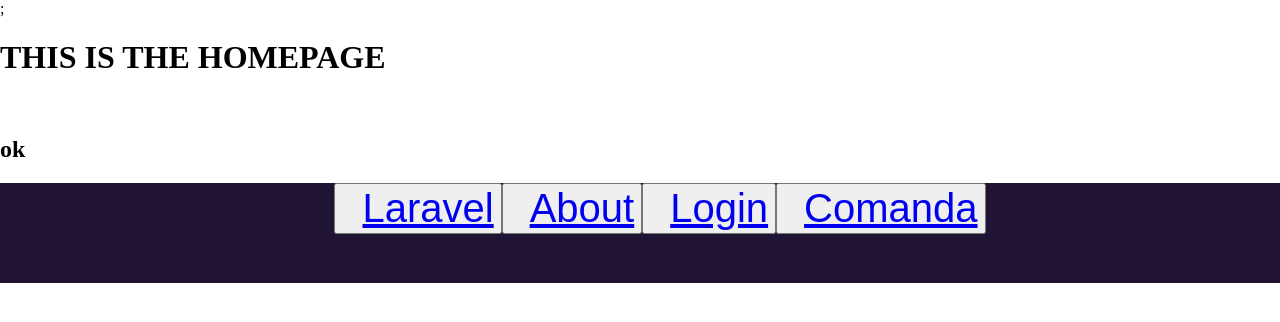
Repository: LauLupu/Progetto
Page: http://localhost/home
An editor plug-in stored every save of this project. The page is shown before and after the next save, followed by the edit.
The browser window is 1280 px wide. The pictures show the whole page.
The page is served by the project's Laravel application, run on PHP 8.4 with Laravel 8.

Above is the page before, as saved 2021-08-23 16:04:52.

After the next save:
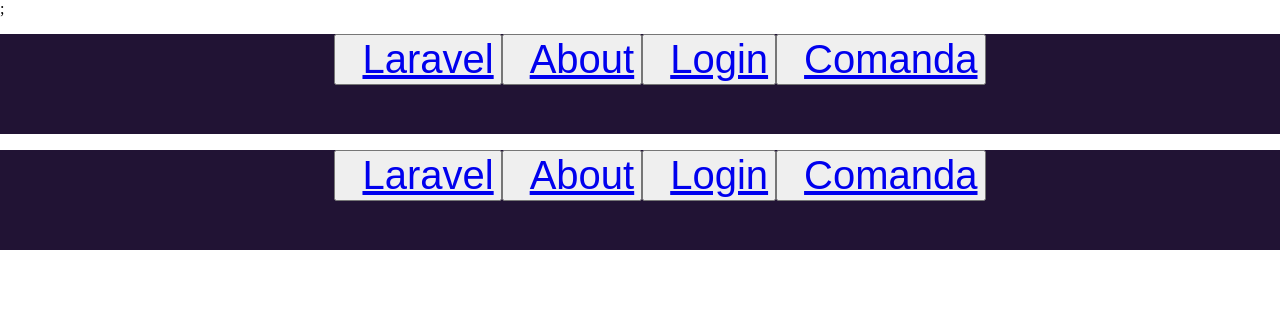
Saved 2 min 3 s later.
--- a/resources/views/home.blade.php
+++ b/resources/views/home.blade.php
@@ -8,7 +8,34 @@
     <title>Document</title>
 </head>
 <body>
-    <h1>THIS IS THE HOMEPAGE</h1><br>
-    <h2>ok</h2>
+<style>
+    body {
+        margin: 0px;
+    }
+    .navbar {
+        width: 100%;
+        height: 100px;
+        background-color:#211334;
+    }
+    .navbar ol {
+        display: flex;
+        justify-content: center;
+        align-items: center;
+    }
+    .navbar li {
+        display: inline-block;
+        font-size: 40px;
+        margin-left: 20px;
+    }
+</style>
+<body>
+<nav class="navbar">
+    <ol>
+    <button type="button" class="btn btn-primary"><li><a href="/">Laravel</a></li></button>
+    <button type="button" class="btn btn-primary"><li><a href="/About">About</a></li></button>
+    <button type="button" class="btn btn-primary"><li><a href="/login">Login</a></li></button>
+    <button type="button" class="btn btn-primary"><li><a href="/comanda">Comanda</a></li></button>
+    </ol>
+</nav>
 </body>
 </html>
